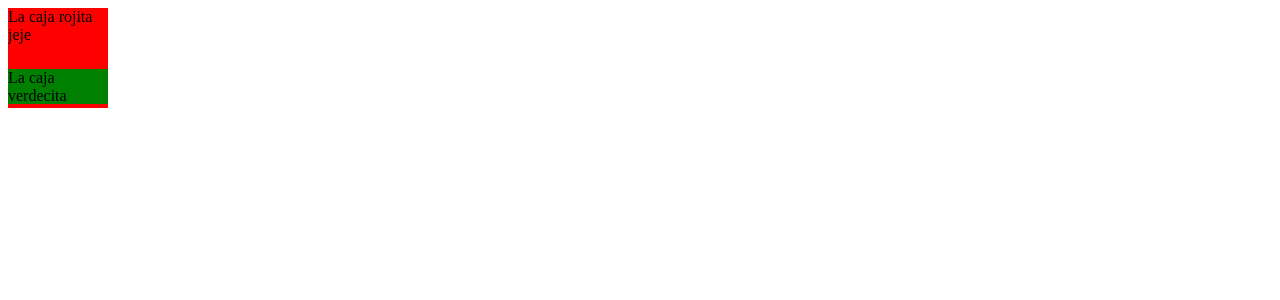
Repository: carrascomcesar/ShopIt
Page: i.html
The author's editor kept a copy of each file at every save. The page is drawn from the files as they stood at one save, then again after the next save.
The browser window is 1280 px wide. The pictures show the whole page.

Above is the page before, as saved 2021-03-27 13:23:31.

After the next save:
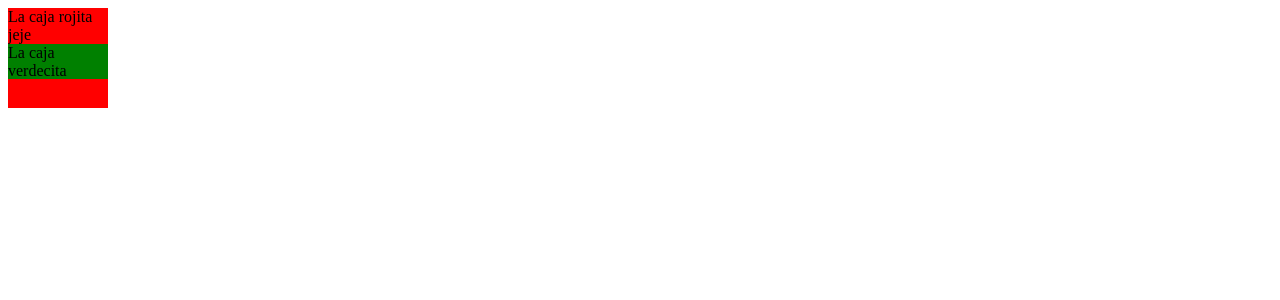
Saved 7 s later.
--- a/i.css
+++ b/i.css
@@ -26,6 +26,6 @@
   width: 100%;
   height: 35%;
   margin: auto;
-  margin-top: 25%;
+  /* margin-top: 25%; */
   background: green;
 }
